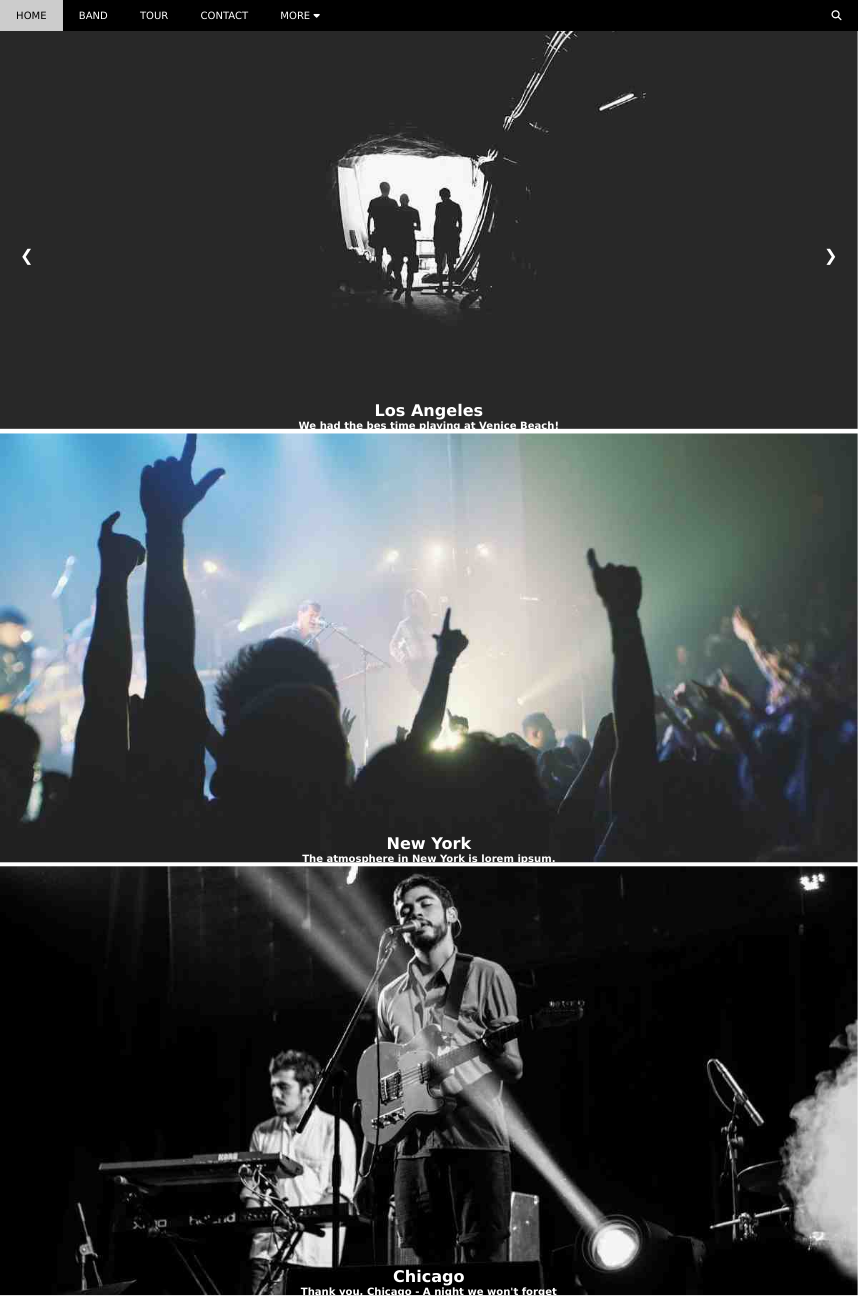
Repository: tam1512/The-Band
Page: index.html
These files come from the project's save history. The page is drawn as it stood at one moment and after the next save; the edit follows.
The browser window is 1280 px wide. The pictures show the whole page, at 67% of full size.
Some web libraries are served in a nearby version.

Above is the page before, as saved 2022-07-22 15:54:47.

After the next save:
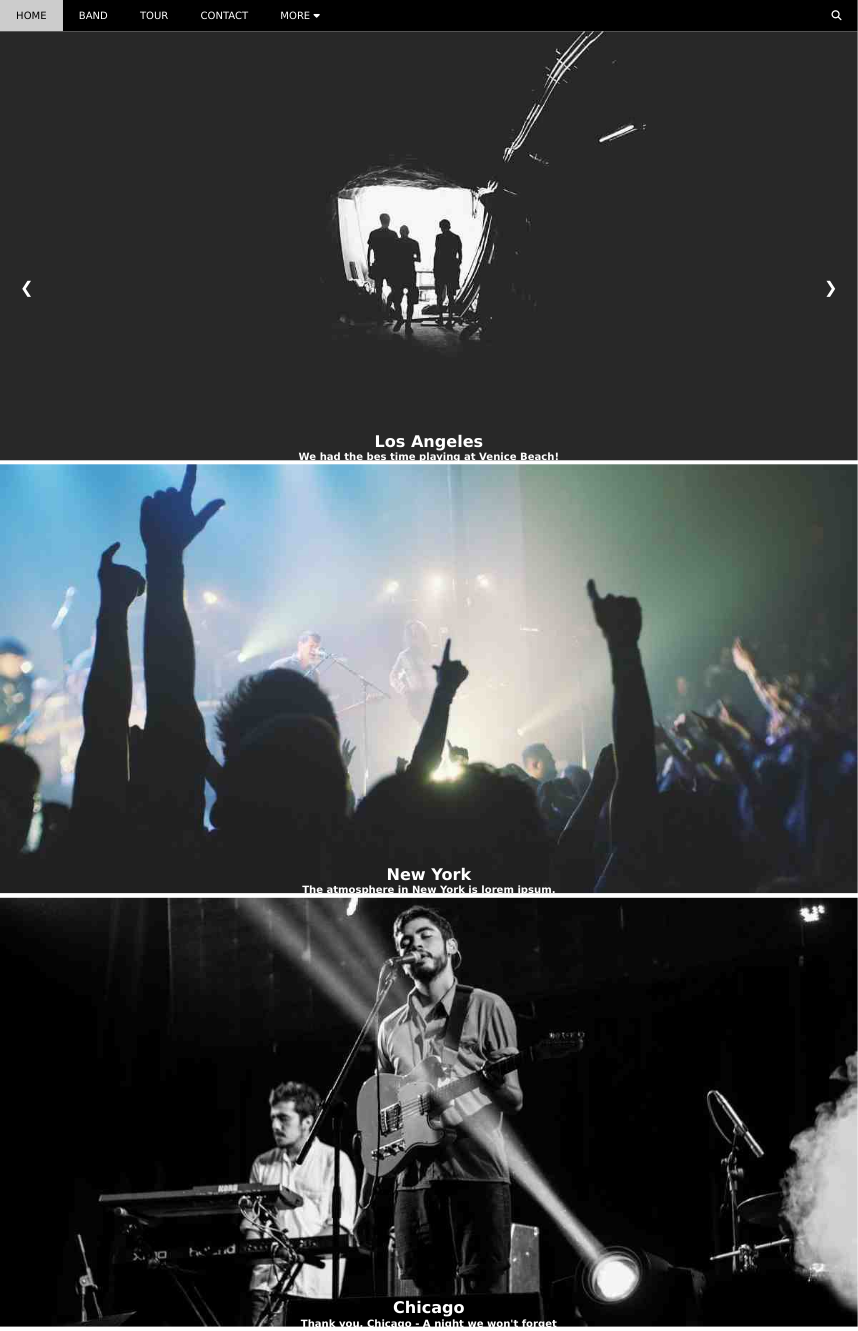
Saved 77 s later.
--- a/assets/css/style.css
+++ b/assets/css/style.css
@@ -25,12 +25,11 @@
   color: white;
 }
 
-.padding-64 {
-  padding-top: 64px !important;
-  padding-bottom: 64px !important;
+.padding-64-16 {
+  padding: 64px 16px !important;
 }
 
-.header {
+. .header {
   position: fixed;
   top: 0;
   right: 0;

After the save that followed:
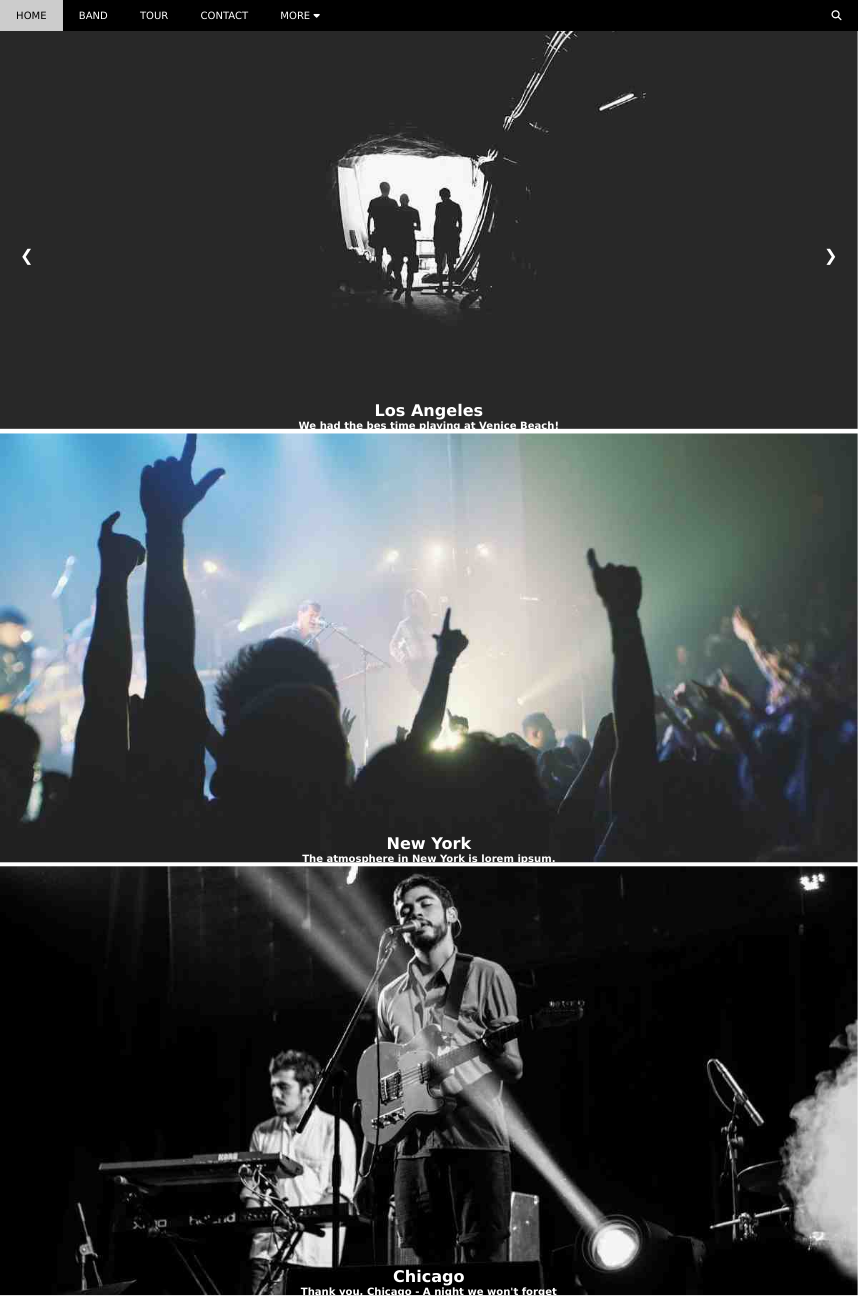
Saved 4 s later.
--- a/assets/css/style.css
+++ b/assets/css/style.css
@@ -29,7 +29,7 @@
   padding: 64px 16px !important;
 }
 
-. .header {
+.header {
   position: fixed;
   top: 0;
   right: 0;
